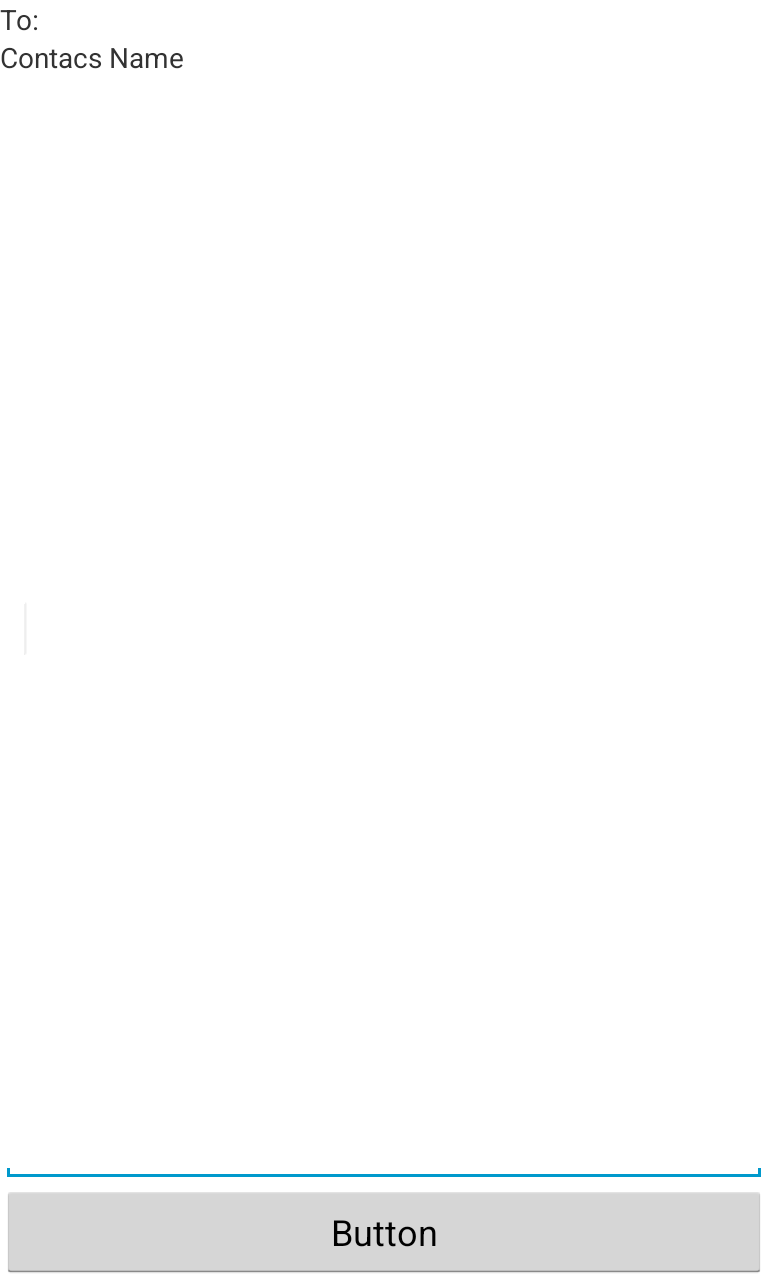
Repository: ya-ivanov/Android-Projects
Layout: Android Projects (OLD)/Simple Caller/SimpleCaller/res/layout/activity_sms.xml
These files come from the project's save history. The layout is drawn as it stood at one moment and after a run of saves; the edit follows.
It is drawn on a 768 x 1280 px phone screen (xhdpi) without system bars, with theme AppTheme; the app's code is not run.

Above is the layout before, as saved 2013-05-30 19:09:52.

After the next 2 saves:
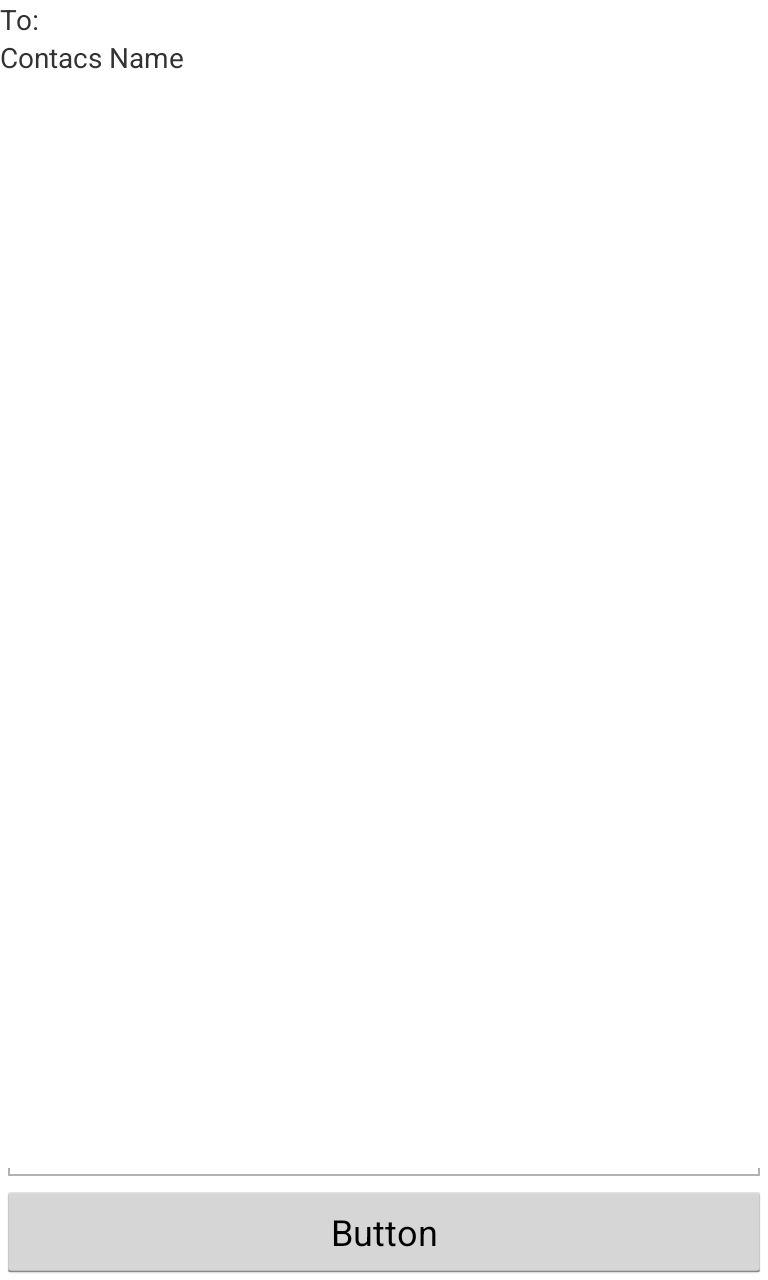
The 2 saves are shown as one change because 1 did not build or start.
The last was saved 12 s later.
--- a/Android Projects (OLD)/Simple Caller/SimpleCaller/res/layout/activity_sms.xml
+++ b/Android Projects (OLD)/Simple Caller/SimpleCaller/res/layout/activity_sms.xml
@@ -22,10 +22,7 @@
         android:layout_width="match_parent"
         android:layout_height="wrap_content"
         android:layout_weight="1.03"
-        android:ems="10"
-        >
-
-        <requestFocus />
+        android:ems="10">
     </EditText>
 
     <Button
